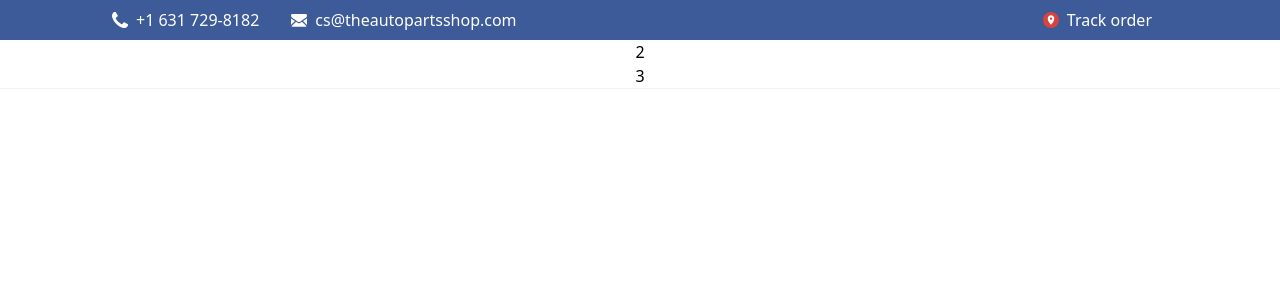
Repository: robindhimanspineor/TAPS-Next
Page: /
An editor plug-in stored every save of this project. The page is shown before and after the next save, followed by the edit.
The browser window is 1280 px wide. The pictures show the whole page.
The project was rebuilt for these pictures with package versions that can differ from the ones it lists, and the page was loaded fresh each time. The framework's server and built-in components were replaced by stand-ins that run in the browser. Also part of the build but not shown: next.config.js.

Above is the page before, as saved 2021-09-16 15:54:48.

After the next save:
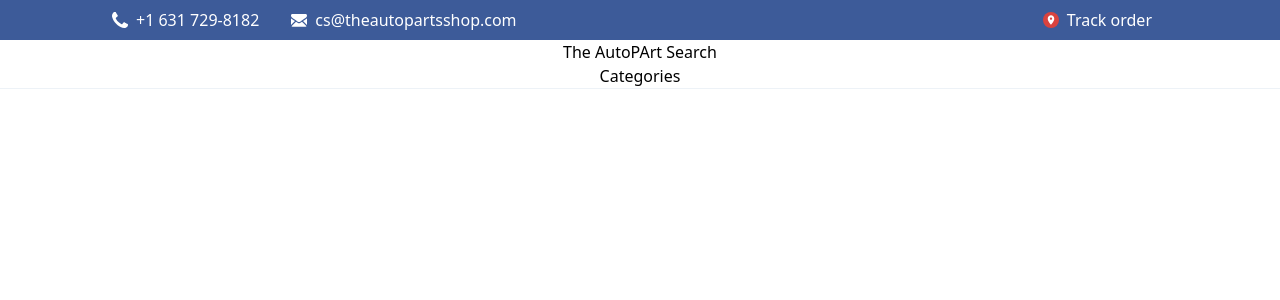
Saved 35 s later.
--- a/src/components/common/header/index.js
+++ b/src/components/common/header/index.js
@@ -47,8 +47,8 @@ const Header = () => {
           </div>
         </div>
       </div>
-      <div>2</div>
-      <div>3</div>
+      <div>The AutoPArt Search</div>
+      <div>Categories</div>
     </header>
   );
 };
